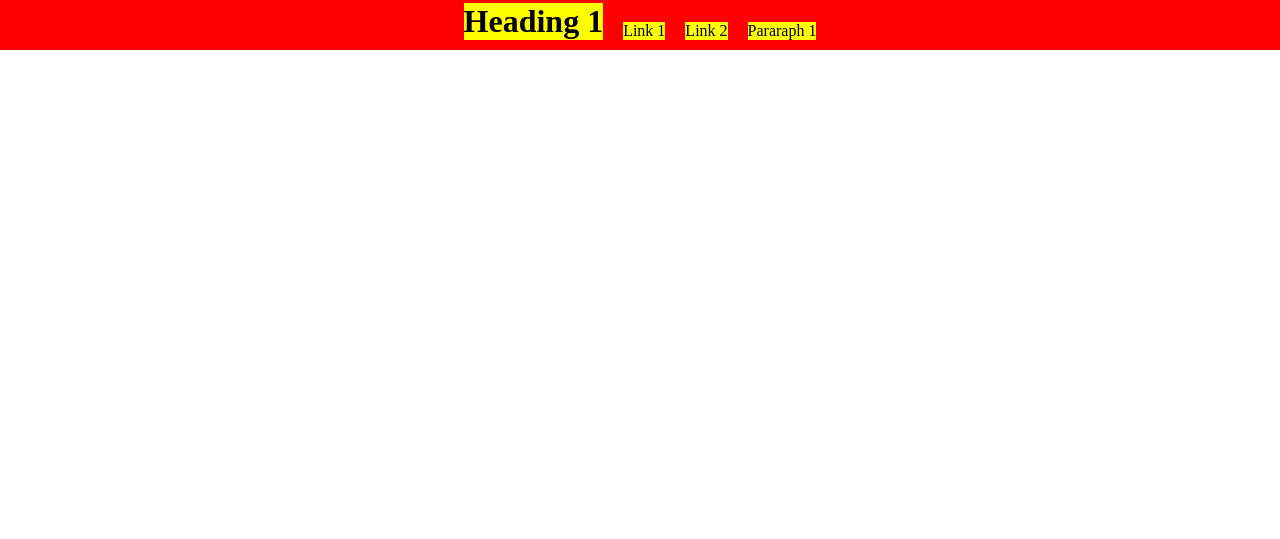
Repository: itz-mohanmadhav-18/Full-stack
Page: Html+css/day-3/flexbox.html
An editor plug-in stored every save of this project. The page is shown before and after the next save, followed by the edit.
The browser window is 1280 px wide. The pictures show the whole page.

Above is the page before, as saved 2024-06-14 12:39:16.

After the next save:
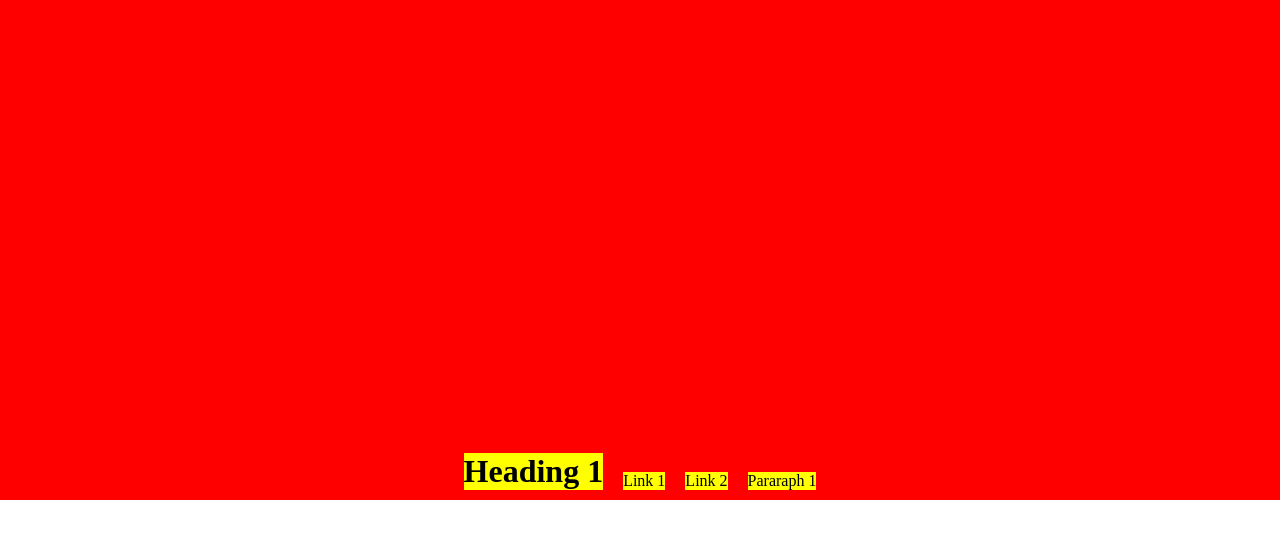
Saved 7 s later.
--- a/Html+css/day-3/flexbox.css
+++ b/Html+css/day-3/flexbox.css
@@ -6,7 +6,7 @@
 div{
     background: red;
     /* padding: 10px; */
-    height: 50px;
+    height: 500px;
     display: flex;
     flex-direction: row;
     align-items: flex-end;
